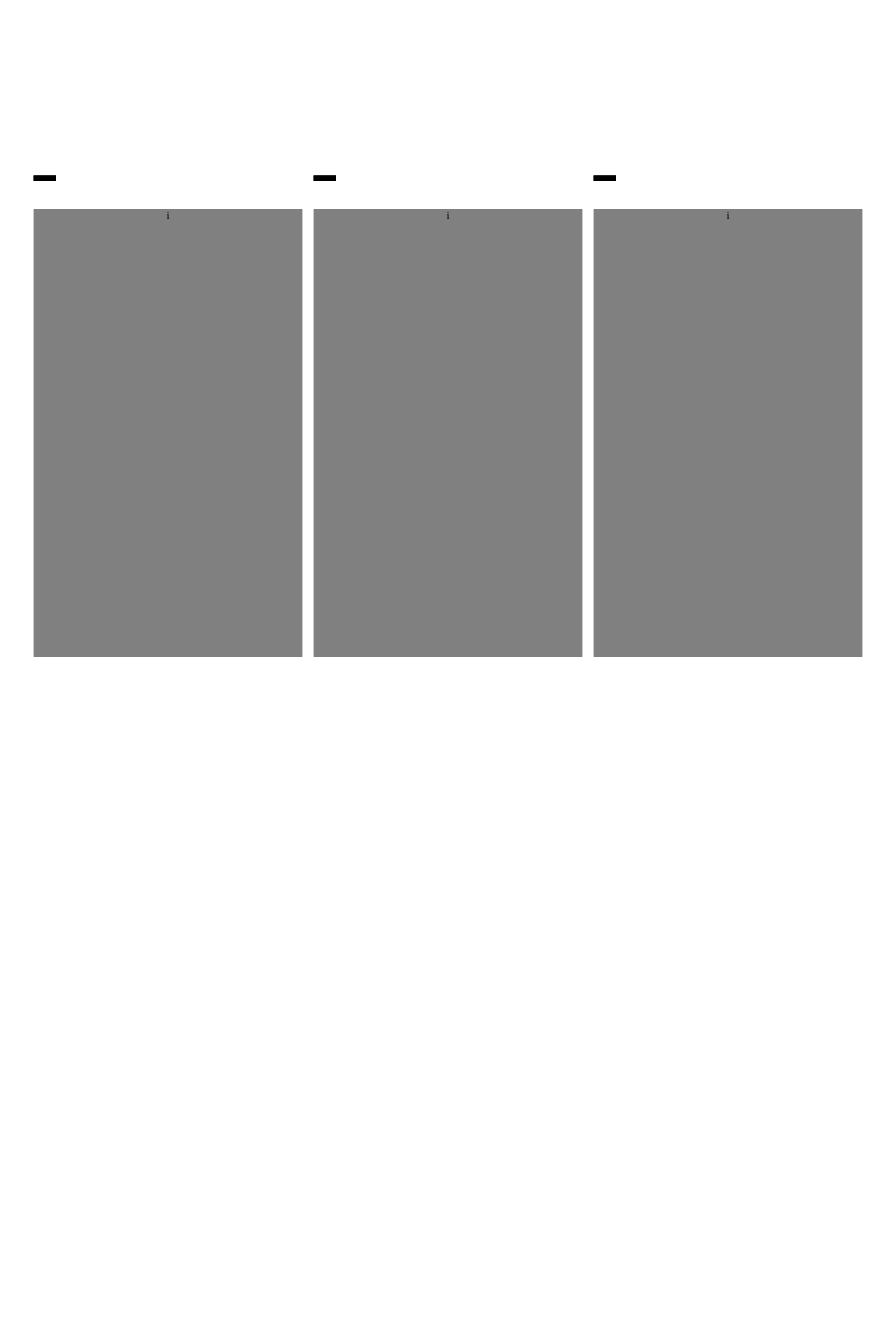
Repository: MohmdMHR/limesharp-test
Page: /
An editor plug-in stored every save of this project. The page is shown before and after the next save, followed by the edit.
The browser window is 1280 px wide. The pictures show the part of the page from y = 1662 to 3582 px (the page is 5331 px tall before and 5506 px after), at 70% of full size.
The project was rebuilt for these pictures with package versions that can differ from the ones it lists, and the page was loaded fresh each time. Also part of the build but not shown: vue.config.js.

Above is the page before, as saved 2022-07-20 17:41:35.

After the next save:
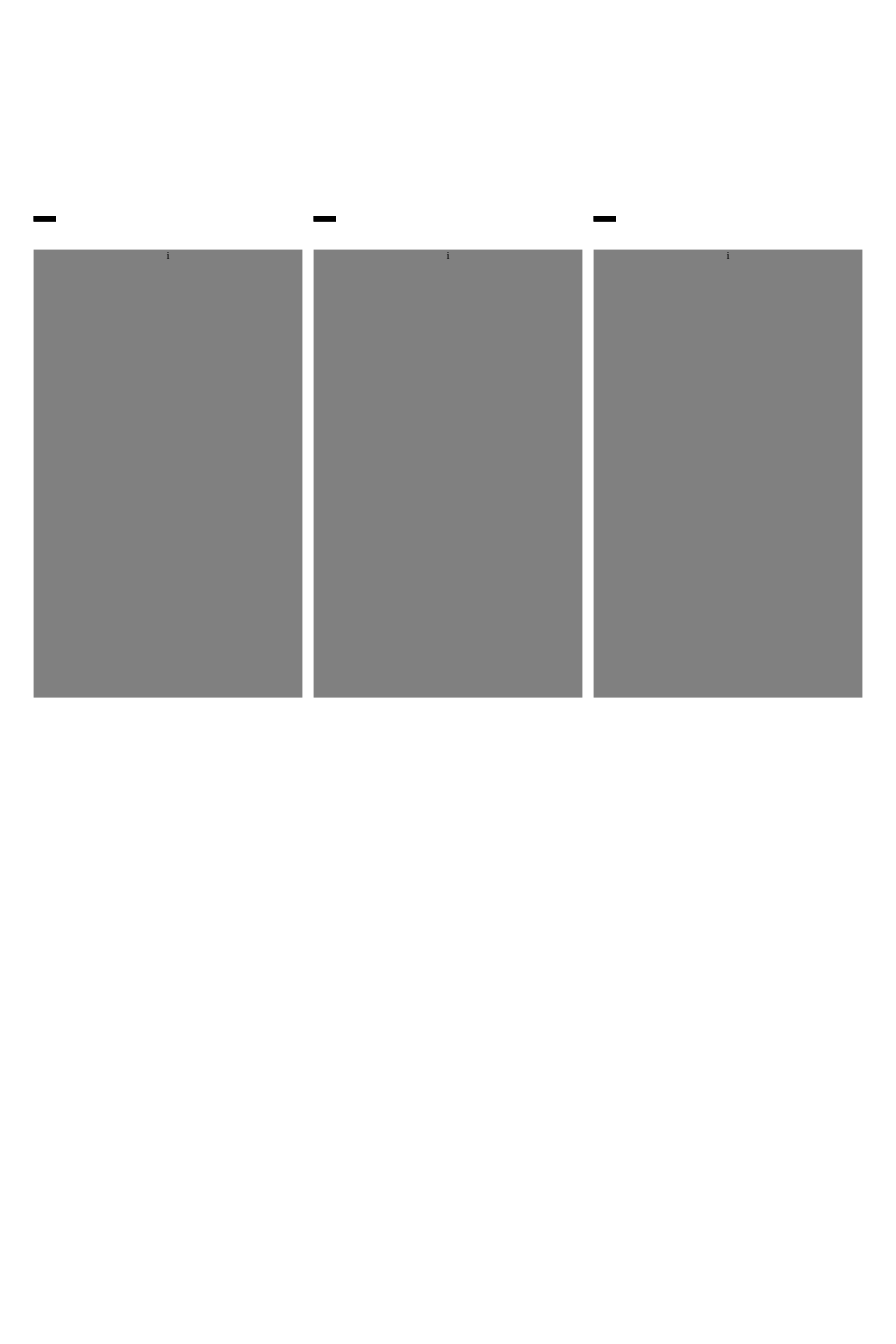
Saved 9 s later.
--- a/src/Main.vue
+++ b/src/Main.vue
@@ -11,7 +11,7 @@
       <card
         v-for="(card, index) in numberOfCards"
         :key="index"
-        :title="block"
+        title="block"
       ></card>
     </div>
   </div>
